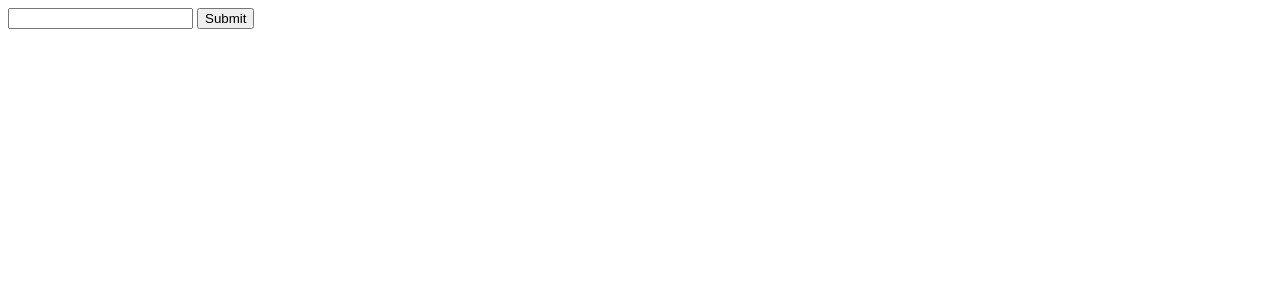
Repository: mxd369/webprogramming2
Page: SampleServlet/WebContent/Inputform.html
These files come from the project's save history. The page is drawn as it stood at one moment and after the next save; the edit follows.
The browser window is 1280 px wide. The pictures show the whole page.

Above is the page before, as saved 2017-02-24 04:40:39.

After the next save:
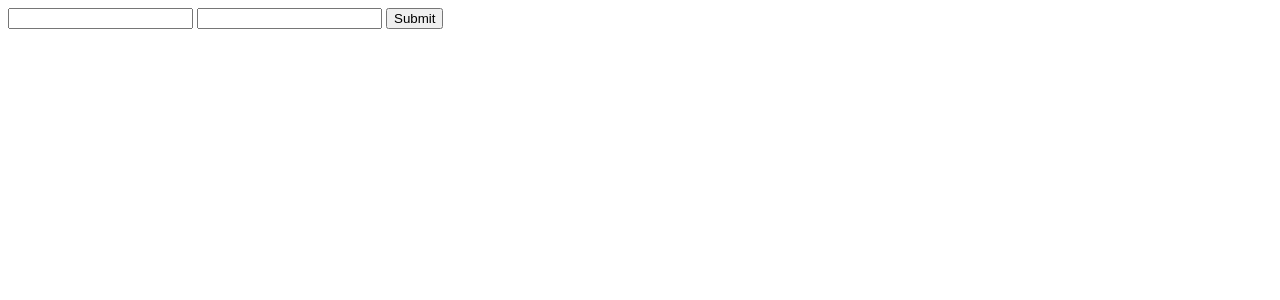
Saved 109 s later.
--- a/SampleServlet/WebContent/Inputform.html
+++ b/SampleServlet/WebContent/Inputform.html
@@ -6,7 +6,8 @@
 </head>
 <body>
 <form action="Servlet">
-	<input name="searchTerm" />
+	<input name="value1" />
+	<input name="value2" />
 	<input type="submit" />
 </form>
 </body>
